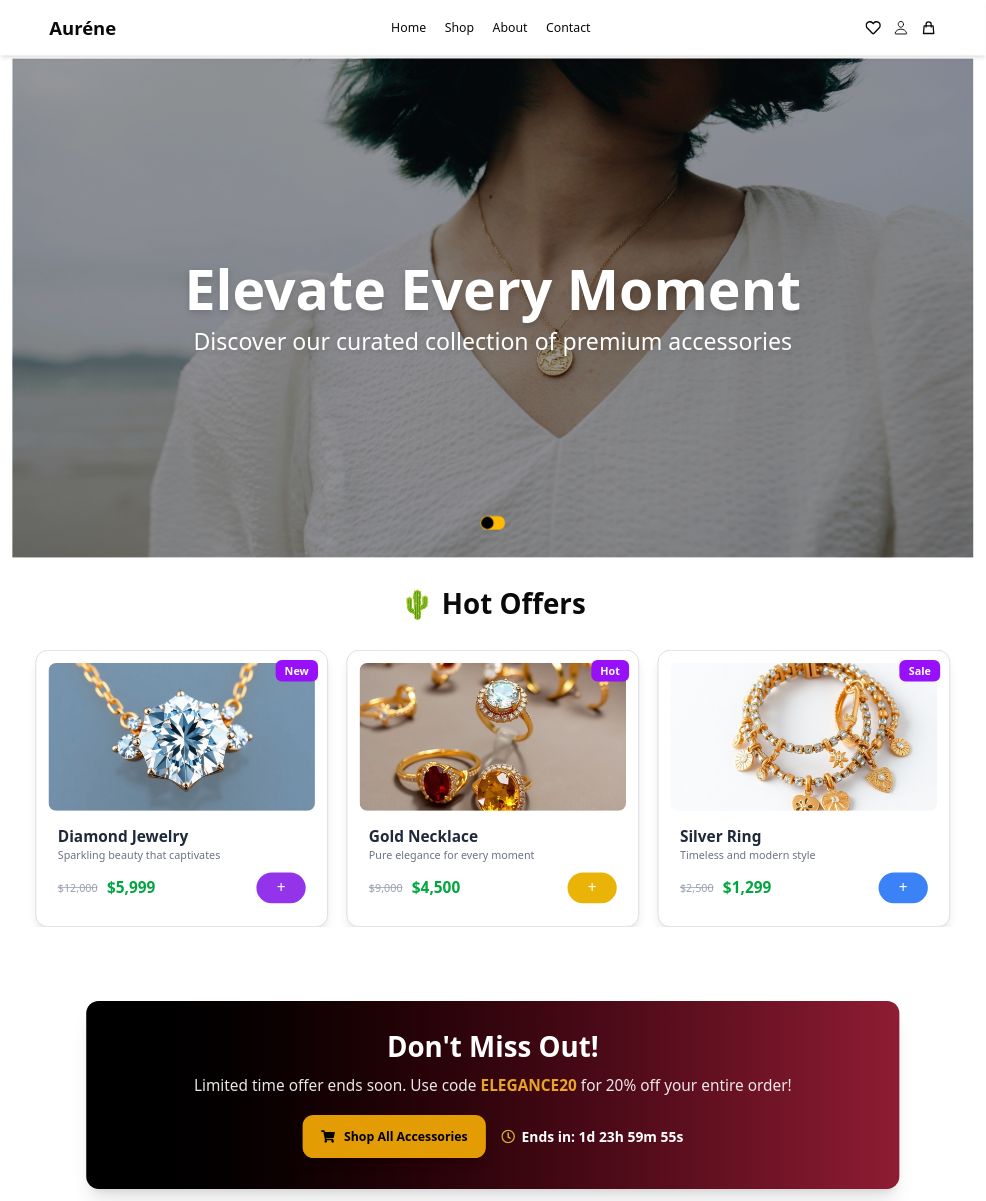
Repository: oehab30/Aur-ne-e-commerce-
Page: /
These files come from the project's save history. The page is drawn as it stood at one moment and after the next save; the edit follows.
The browser window is 1280 px wide. The pictures show the whole page, at 77% of full size.
The project was rebuilt for these pictures with package versions that can differ from the ones it lists, and the page was loaded fresh each time. Also part of the build but not shown: src/components/common/Tap.tsx, src/pages/Shop.tsx, src/pages/cart.tsx, src/pages/Profile.tsx, src/pages/About.tsx, src/pages/Contact.tsx, src/pages/Error.tsx, src/pages/Wishlist.tsx and 1 more. Imported but missing from the stored project, and not drawn on this page: src/components/ui/breadcrumb.tsx.

Above is the page before, as saved 2025-11-24 20:40:11.

### index.html
<!doctype html>
<html lang="en">
  <head>
    <meta charset="UTF-8" />
    <link rel="icon" type="image/svg+xml" href="/vite.svg" />
    <meta name="viewport" content="width=device-width, initial-scale=1.0" />
<link
  href="https://fonts.googleapis.com/css2?family=Playfair+Display:wght@400;500;600;700&display=swap"
  rel="stylesheet"
/>

    <title>vite-project</title>
  </head>
  <body>
    <div id="root"></div>
    <script type="module" src="/src/main.tsx"></script>
  </body>
</html>

### src/main.tsx
// main.tsx
import "./assets/styles/Modules.css";
import React from "react";
import ReactDOM from "react-dom/client";
import Routes from "./Routes/Routes"; // this is your router setup

ReactDOM.createRoot(document.getElementById("root")!).render(
  <React.StrictMode>
    <Routes />
  </React.StrictMode>
)

### src/assets/styles/Modules.css
@import url('https://fonts.googleapis.com/css2?family=Playfair+Display:wght@400;500;600;700&display=swap');

@import "tailwindcss";

@import "tw-animate-css";

@custom-variant dark (&:where(.dark *) );

:root {
  --primary: oklch(0.205 0 0);
  --buttons: #d5ae37;
  --radius: 0.625rem;
  --background: oklch(1 0 0);
  --foreground: oklch(0.145 0 0);
  --card: oklch(1 0 0);
  --card-foreground: oklch(0.145 0 0);
  --popover: oklch(1 0 0);
  --popover-foreground: oklch(0.145 0 0);
  --primary-foreground: oklch(0.985 0 0);
  --secondary: oklch(0.97 0 0);
  --secondary-foreground: oklch(0.205 0 0);
  --muted: oklch(0.97 0 0);
  --muted-foreground: oklch(0.556 0 0);
  --accent: oklch(0.97 0 0);
  --accent-foreground: oklch(0.205 0 0);
  --destructive: oklch(0.577 0.245 27.325);
  --border: oklch(0.922 0 0);
  --input: oklch(0.922 0 0);
  --ring: oklch(0.708 0 0);
  --chart-1: oklch(0.646 0.222 41.116);
  --chart-2: oklch(0.6 0.118 184.704);
  --chart-3: oklch(0.398 0.07 227.392);
  --chart-4: oklch(0.828 0.189 84.429);
  --chart-5: oklch(0.769 0.188 70.08);
  --sidebar: oklch(0.985 0 0);
  --sidebar-foreground: oklch(0.145 0 0);
  --sidebar-primary: oklch(0.205 0 0);
  --sidebar-primary-foreground: oklch(0.985 0 0);
  --sidebar-accent: oklch(0.97 0 0);
  --sidebar-accent-foreground: oklch(0.205 0 0);
  --sidebar-border: oklch(0.922 0 0);
  --sidebar-ring: oklch(0.708 0 0);
}

@theme inline {
  --radius-sm: calc(var(--radius) - 4px);
  --radius-md: calc(var(--radius) - 2px);
  --radius-lg: var(--radius);
  --radius-xl: calc(var(--radius) + 4px);
  --color-background: var(--background);
  --color-foreground: var(--foreground);
  --color-card: var(--card);
  --color-card-foreground: var(--card-foreground);
  --color-popover: var(--popover);
  --color-popover-foreground: var(--popover-foreground);
  --color-primary: var(--primary);
  --color-primary-foreground: var(--primary-foreground);
  --color-secondary: var(--secondary);
  --color-secondary-foreground: var(--secondary-foreground);
  --color-muted: var(--muted);
  --color-muted-foreground: var(--muted-foreground);
  --color-accent: var(--accent);
  --color-accent-foreground: var(--accent-foreground);
  --color-destructive: var(--destructive);
  --color-border: var(--border);
  --color-input: var(--input);
  --color-ring: var(--ring);
  --color-chart-1: var(--chart-1);
  --color-chart-2: var(--chart-2);
  --color-chart-3: var(--chart-3);
  --color-chart-4: var(--chart-4);
  --color-chart-5: var(--chart-5);
  --color-sidebar: var(--sidebar);
  --color-sidebar-foreground: var(--sidebar-foreground);
  --color-sidebar-primary: var(--sidebar-primary);
  --color-sidebar-primary-foreground: var(--sidebar-primary-foreground);
  --color-sidebar-accent: var(--sidebar-accent);
  --color-sidebar-accent-foreground: var(--sidebar-accent-foreground);
  --color-sidebar-border: var(--sidebar-border);
  --color-sidebar-ring: var(--sidebar-ring);
}

.dark {
  --background: oklch(0.145 0 0);
  --foreground: oklch(0.985 0 0);
  --card: oklch(0.205 0 0);
  --card-foreground: oklch(0.985 0 0);
  --popover: oklch(0.205 0 0);
  --popover-foreground: oklch(0.985 0 0);
  --primary: oklch(0.922 0 0);
  --primary-foreground: oklch(0.205 0 0);
  --secondary: oklch(0.269 0 0);
  --secondary-foreground: oklch(0.985 0 0);
  --muted: oklch(0.269 0 0);
  --muted-foreground: oklch(0.708 0 0);
  --accent: oklch(0.269 0 0);
  --accent-foreground: oklch(0.985 0 0);
  --destructive: oklch(0.704 0.191 22.216);
  --border: oklch(1 0 0 / 10%);
  --input: oklch(1 0 0 / 15%);
  --ring: oklch(0.556 0 0);
  --chart-1: oklch(0.488 0.243 264.376);
  --chart-2: oklch(0.696 0.17 162.48);
  --chart-3: oklch(0.769 0.188 70.08);
  --chart-4: oklch(0.627 0.265 303.9);
  --chart-5: oklch(0.645 0.246 16.439);
  --sidebar: oklch(0.205 0 0);
  --sidebar-foreground: oklch(0.985 0 0);
  --sidebar-primary: oklch(0.488 0.243 264.376);
  --sidebar-primary-foreground: oklch(0.985 0 0);
  --sidebar-accent: oklch(0.269 0 0);
  --sidebar-accent-foreground: oklch(0.985 0 0);
  --sidebar-border: oklch(1 0 0 / 10%);
  --sidebar-ring: oklch(0.556 0 0);
}

@layer base {
  * {
    @apply border-border outline-ring/50;
  }
  body {
    @apply bg-background text-foreground;
  }
}

:root {
  --main: #d5ae37;
  --button:#cb8b04;
}

/* Hide scrollbar (optional) */
.scrollbar-hide::-webkit-scrollbar {
  display: none;
}
.scrollbar-hide {
  -ms-overflow-style: none;
  scrollbar-width: none;
}

### src/Routes/Routes.tsx
// Routes.tsx
import React from "react";
import { createBrowserRouter, RouterProvider } from "react-router";
import Layout from "../components/common/layout";
import Home from "../pages/Home";
import Shop from "../pages/Shop";
import Cart from "../pages/cart";
import Profile from "../pages/Profile";
import About from "../pages/About";
import Contact from "../pages/Contact";
import Error from "../pages/Error";
import Wishlist from "../pages/Wishlist";
import Login from "../components/login-page/Loginform"
const router = createBrowserRouter([
  {
    element: <Layout />,
    children: [
      { path: "/", element: <Home /> },
      { path: "/Shop/:category", element: <Shop /> },
      { path: "/about", element: <About /> },
      { path: "/contact", element: <Contact /> },
      { path: "/Login", element: <Login /> },
      { path: "/Wishlist", element: <Wishlist /> },
      { path: "/cart", element: <Cart /> },
      { path: "/Profile", element: <Profile /> },
    ],
  },
 { path: "*", element: <Error/> },
]);

function Routes() {
  return <RouterProvider router={router} />;
}

export default Routes;

### src/components/common/layout.tsx
// Layout.tsx
import React from "react";
import Navbar from "./navbar";
import { Outlet } from "react-router-dom";
import Darkmode from "./Darkmode";

function Layout() {
  return (
    <>
      <Navbar  />
      <main className="min-h-screen p-4 pt-19">
<Darkmode/>
        <Outlet />        {/* 👈 Page content changes here */}
      </main>
    </>
  );
}

export default Layout;

### src/pages/Home.tsx
import React from 'react'
import  HeroSection from '../components/home-page/Hero'
import Hotoffers from '../components/home-page/Hotoffers'
import DontMiss from '../components/home-page/Dontmiss'
function Error() {
  return (
<>
<HeroSection/>
<Hotoffers/>
<DontMiss/>
 </>
     )
}
export default Error

### src/components/common/navbar.tsx
import React, { useState } from "react";
import { Link } from "react-router-dom";
import { FaRegHeart } from "react-icons/fa";
import { HiOutlineShoppingBag } from "react-icons/hi";
import { IoPersonOutline } from "react-icons/io5";

function Navbar() {
  const [menuOpen, setMenuOpen] = useState(false);

  return (
    <nav className="w-full fixed  shadow-md bg-white dark:bg-black z-[100] ">
      <div className="max-w-[1280px] mx-auto flex justify-between items-center py-5 px-6 md:px-16">
        {/* Logo */}
        <Link to="/" className="text-2xl font-semibold font-[Playfair Display]  dark:text-white">
          Auréne
        </Link>

        {/* Desktop Links */}
        <div className="hidden md:flex gap-6 font-medium  ">
          <Link to="/" className="hover:text-[var(--main)] dark:hover:text-[var(--main)] duration-300">Home</Link>
          <Link to="/Shop/:category" className="hover:text-[var(--main)] dark:hover:text-[var(--main)] duration-300">Shop</Link>
          <Link to="/about" className="hover:text-[var(--main)] dark:hover:text-[var(--main)] duration-300">About</Link>
          <Link to="/contact" className="hover:text-[var(--main)] dark:hover:text-[var(--main)] duration-300">Contact</Link>
        </div>

        {/* Icons + Login */}
        <div className="hidden md:flex items-center gap-4 text-xl  dark:text-white">
          <Link to="/wishlist" className="hover:text-[var(--main)] dark:hover:text-[var(--main)] duration-300"><FaRegHeart /></Link>
          <Link to="/Login" className="hover:text-[var(--main)] dark:hover:text-[var(--main)] duration-300"><IoPersonOutline /></Link>
          <Link to="/cart" className="hover:text-[var(--main)] dark:hover:text-[var(--main)] duration-300"><HiOutlineShoppingBag /></Link>
        </div>

        {/* Mobile Menu Button */}
        <button
          onClick={() => setMenuOpen(!menuOpen)}
          className="md:hidden text-3xl text-gray-700  focus:outline-none"
        >
          ☰
        </button>
      </div>

      {/* Mobile Menu */}
      {menuOpen && (
        <div className="md:hidden flex flex-col items-center gap-4 py-6 bg-white dark:bg-black  dark:text-white shadow-lg">
          <Link to="/" onClick={() => setMenuOpen(false)} className="hover:text-[var(--main)] dark:hover:text-[var(--main)] duration-300">Home</Link>
          <Link to="/Shop/:category" onClick={() => setMenuOpen(false)} className="hover:text-[var(--main)] dark:hover:text-[var(--main)] duration-300">Shop</Link>
          <Link to="/about" onClick={() => setMenuOpen(false)} className="hover:text-[var(--main)] dark:hover:text-[var(--main)] duration-300">About</Link>
          <Link to="/contact" onClick={() => setMenuOpen(false)} className="hover:text-[var(--main)] dark:hover:text-[var(--main)] duration-300">Contact</Link>
        </div>
      )}
    </nav>
  );
}

export default Navbar;

### src/components/common/Darkmode.tsx
import React, { useEffect, useState } from 'react';
import { Switch } from "@/components/ui/switch"
function Darkmode() {
  const [mode, setMode] = useState(false);

  useEffect(() => {
    if (mode) {
      document.body.classList.add('dark');
    } else {
      document.body.classList.remove('dark');
    }
  }, [mode]);

  return (
    <>
      <Switch  onClick={() => setMode(!mode)} className=" px- fixed bottom-8 left-1/2 -translate-x-1/2 z-50">

      </Switch>
    </>
  );
}

export default Darkmode;

### src/components/home-page/Hero.tsx
import React from "react";
import heroImage from "../../../public/home-pic/hero3.jpg";

function Hero() {
  return (
    <div
      className="relative w-full h-[87vh] sm:h-[60vh] md:h-[80vh] lg:h-[90vh] flex flex-col items-center justify-center text-center overflow-hidden"
      style={{ backgroundImage: `url(${heroImage})`, backgroundSize: "cover", backgroundPosition: "center" }}
    >
      {/* Overlay */}
      <div className="absolute inset-0 bg-black/35"></div>

      {/* Content */}
      <div className="relative px-4 sm:px-6 lg:px-8">
        <h1 className="text-white text-4xl sm:text-5xl md:text-6xl lg:text-7xl font-bold drop-shadow-lg">
          Elevate Every Moment
        </h1>
        <p className="mt-4 text-white text-lg sm:text-xl md:text-2xl lg:text-3xl drop-shadow-md">
          Discover our curated collection of premium accessories
        </p>
      </div>
    </div>
  );
}

export default Hero;

### src/components/home-page/Hotoffers.tsx
import React from "react";
import { motion } from "framer-motion";

function Hotoffers() {
  const products = [
    {
      id: 1,
      name: "Diamond Jewelry",
      description: "Sparkling beauty that captivates",
      oldPrice: "$12,000",
      newPrice: "$5,999",
      image: "/home-pic/HO-1.png",
      tag: "New",
      buttonColor: "#9333EA",
    },
    {
      id: 2,
      name: "Gold Necklace",
      description: "Pure elegance for every moment",
      oldPrice: "$9,000",
      newPrice: "$4,500",
      image: "/home-pic/HO-2.png",
      tag: "Hot",
      buttonColor: "#EAB308",
    },
    {
      id: 3,
      name: "Silver Ring",
      description: "Timeless and modern style",
      oldPrice: "$2,500",
      newPrice: "$1,299",
      image: "/home-pic/HO-3.png",
      tag: "Sale",
      buttonColor: "#3B82F6",
    },
  ];

  return (
    <div className="mt-10">
      <h1 className="text-center text-4xl font-bold mb-10">🌵 Hot Offers</h1>

      {/* MOBILE SWIPE CONTAINER */}
      <div className="flex gap-6 overflow-x-auto px-4 snap-x snap-mandatory scrollbar-hide md:flex-wrap md:justify-center">
        {products.map((product) => (
          <motion.div
            key={product.id}
            className="w-[300px] md:w-[380px] flex-shrink-0 snap-center h-[360px] relative rounded-2xl overflow-hidden border border-gray-300 shadow-lg p-4"
            initial={{ opacity: 0, y: 50 }}
            whileInView={{ opacity: 1, y: 0 }}
            viewport={{ once: true, amount: 0.2 }}
            transition={{ duration: 0.6, ease: "easeOut" }}
          >
            {/* Image */}
            <div className="h-48 w-full overflow-hidden rounded-lg">
              <img
                src={product.image}
                alt={product.name}
                className="w-full h-full object-cover hover:scale-105 transition-transform duration-300"
              />
            </div>

            {/* Tag */}
            <div className="absolute top-3 right-3 z-10 bg-purple-600 text-white text-sm font-semibold px-3 py-1 rounded-md">
              {product.tag}
            </div>

            {/* Content */}
            <div className="p-3 mt-2">
              <h3 className="text-xl font-semibold text-gray-800">{product.name}</h3>
              <p className="text-gray-500 mb-2 text-sm">{product.description}</p>

              <div className="flex items-center justify-between mt-3">
                <div className="flex items-center gap-3">
                  <p className="text-gray-400 line-through text-sm">{product.oldPrice}</p>
                  <p className="text-xl font-bold text-green-600">{product.newPrice}</p>
                </div>

                <button
                  style={{ backgroundColor: product.buttonColor }}
                  className="text-white w-16 h-10 flex items-center justify-center rounded-full hover:opacity-80 transition-all duration-300 text-xl"
                >
                  +
                </button>
              </div>
            </div>
          </motion.div>
        ))}
      </div>
    </div>
  );
}

export default Hotoffers;

### src/components/home-page/Dontmiss.tsx
import React, { useEffect, useState } from "react";
import { FaShoppingCart, FaRegClock } from "react-icons/fa";
import { motion } from "framer-motion";
import { useNavigate } from "react-router-dom"; // if using React Router

function DontMiss() {
  const [timeLeft, setTimeLeft] = useState<string>("");
  const navigate = useNavigate(); // React Router navigation

  // Countdown Timer
  useEffect(() => {
    const endDate = new Date();
    endDate.setDate(endDate.getDate() + 2);

    const timer = setInterval(() => {
      const now = new Date().getTime();
      const distance = endDate.getTime() - now;

      if (distance < 0) {
        setTimeLeft("Expired");
        clearInterval(timer);
        return;
      }

      const days = Math.floor(distance / (1000 * 60 * 60 * 24));
      const hours = Math.floor(
        (distance % (1000 * 60 * 60 * 24)) / (1000 * 60 * 60)
      );
      const minutes = Math.floor((distance % (1000 * 60 * 60)) / (1000 * 60));
      const seconds = Math.floor((distance % (1000 * 60)) / 1000);

      setTimeLeft(`${days}d ${hours}h ${minutes}m ${seconds}s`);
    }, 1000);

    return () => clearInterval(timer);
  }, []);

  return (
    <motion.div
           initial={{ opacity: 0, y: 50 }}   // start hidden & moved down
            whileInView={{ opacity: 1, y: 0 }} // animate when in view
            viewport={{ once: true, amount: 0.2 }} // trigger when 20% visible
            transition={{ duration: 0.6, ease: "easeOut" }}
      className=" mt-24 text-center mx-4 md:mx-24 bg-gradient-to-r from-black to-[#8F1C33] text-white px-6 py-10 rounded-2xl shadow-xl"
    >
      <h1 className="text-2xl md:text-4xl font-bold mb-4">Don't Miss Out!</h1>

      <p className="mb-6 text-lg md:text-xl opacity-90">
        Limited time offer ends soon. Use code{" "}
        <span className="font-bold text-[#fbb728]">ELEGANCE20</span> for 20%
        off your entire order!
      </p>

      <div className="flex flex-col-reverse md:flex-row gap-5 justify-center items-center">
        <button
          className=" bg-[#e49c04] hover:bg-[#fcbd39] duration-300 text-black py-4 px-6 rounded-xl flex items-center gap-3 font-semibold shadow-lg cursor-pointer"
          onClick={() => navigate("/Menu/category")} // fixed navigation
        >
          <FaShoppingCart className="text-lg" /> Shop All Accessories
        </button>

        <div className="flex items-center gap-2 text-lg font-semibold">
          <FaRegClock className="text-[#D4AF37]" />
          <span>Ends in: {timeLeft}</span>
        </div>
      </div>
    </motion.div>
  );
}

export default DontMiss;

### src/components/ui/switch.tsx
import * as React from "react"
import * as SwitchPrimitive from "@radix-ui/react-switch"

import { cn } from "@/lib/utils"

function Switch({
  className,
  ...props
}: React.ComponentProps<typeof SwitchPrimitive.Root>) {
  return (
    <SwitchPrimitive.Root
      data-slot="switch"
      className={cn(
        "peer data-[state=checked]:bg-white data-[state=unchecked]:bg-amber-400 focus-visible:border-ring focus-visible:ring-ring/50 dark:data-[state=unchecked]:bg-gray-500/80 inline-flex h-[1.15rem] w-8 shrink-0 items-center rounded-full border border-transparent shadow-xs transition-all outline-none focus-visible:ring-[3px] disabled:cursor-not-allowed disabled:opacity-50",
        className
      )}
      {...props}
    >
      <SwitchPrimitive.Thumb
        data-slot="switch-thumb"
        className={cn(
          "bg-black dark:data-[state=unchecked]:bg-gray-200 dark:data-[state=checked]:bg-blue-600 pointer-events-none block size-4 rounded-full ring-0 transition-transform data-[state=checked]:translate-x-[calc(100%-2px)] data-[state=unchecked]:translate-x-0"
        )}
      />
    </SwitchPrimitive.Root>
  )
}

export { Switch }

Loaded but not shown: src/Lib/utils.js (common file)

After the next save:
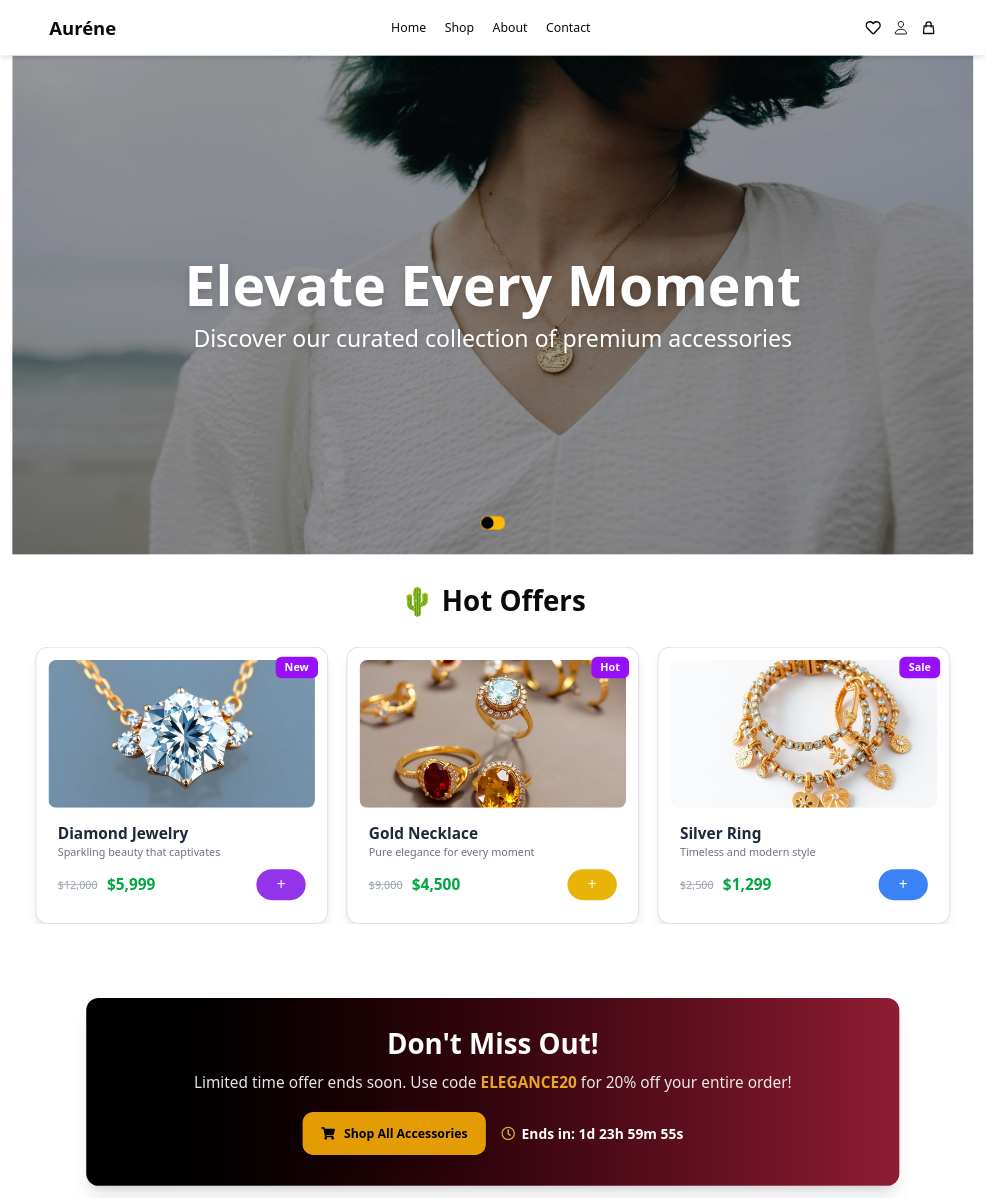
Saved 4 s later.
--- a/src/components/common/layout.tsx
+++ b/src/components/common/layout.tsx
@@ -8,7 +8,7 @@ function Layout() {
   return (
     <>
       <Navbar  />
-      <main className="min-h-screen p-4 pt-19">
+      <main className="min-h-screen p-4 pt-18">
 <Darkmode/>
         <Outlet />        {/* 👈 Page content changes here */}
       </main>
